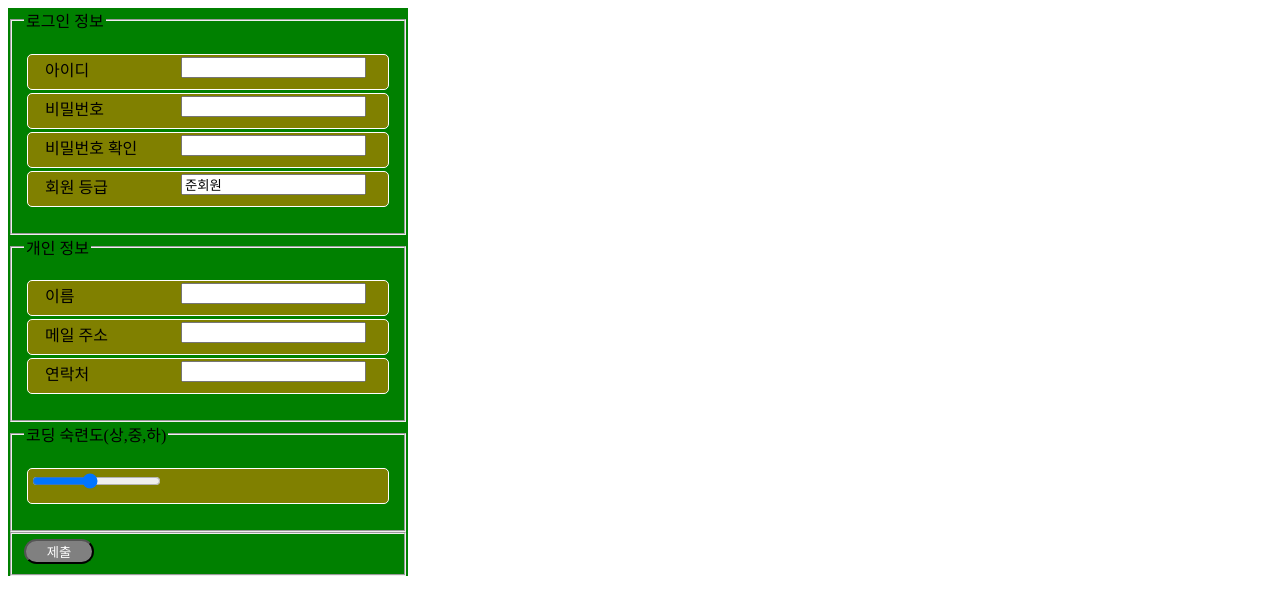
Repository: giwon8701/Qclass_KH
Page: Workspace_Java/testWebProject/test.html
The author's editor kept a copy of each file at every save. The page is drawn from the files as they stood at one save, then again after a run of saves.
The browser window is 1280 px wide. The pictures show the whole page.

Above is the page before, as saved 2021-01-11 02:38:40.

### Workspace_Java/testWebProject/test.html
<head>
</head><!doctype html>
<html lang="ko">
<head>
<meta charset="UTF-8">
<link href="test_css.css" rel="stylesheet" type="text/css">
</head>

<body>
<form class="navi">
	<fieldset>
		<legend>로그인 정보</legend>
		<ol>
			<li>
				<label>아이디</label>
				<input type="text" id="id">
			</li>

			<li>
				<label>비밀번호</label>
				<input type="text" id="pw">
			</li>

			<li>
				<label>비밀번호 확인</label>
				<input type="text" id="pw_confirm">
			</li>

			<li>
				<label>회원 등급</label>
				<input type="text" id="grade" value="준회원">
			</li>
		</ol>
	</fieldset>

	<fieldset>
		<legend>개인 정보</legend>
		<ol>
			<li>
				<label>이름</label>
				<input type="text" id="name">
			</li>

			<li>
				<label>메일 주소</label>
				<input type="text" id="email">
			</li>

			<li>
				<label>연락처</label>
				<input type="text" id="phone_number">
			</li>
		</ol>
	</fieldset>

	<fieldset>
		<legend>코딩 숙련도(상,중,하)</legend>
		<ol>
			<li>
				<input type="range" id="coding_level" min="1" max="10" step="2">
			</li>
		</ol>
	</fieldset>

	<fieldset>
		<input type="submit" class="btn_submit" value="제출">
	</fieldset>
</form>
</body>
</html>

### Workspace_Java/testWebProject/test_css.css
.navi {
	background: green;
	width: 400px;
}
.navi ol {
	padding: 0px;
}
.navi ol li {
	list-style-type: none;
	border-style: solid;
	border-width: thin;
	border-color: white;
	border-radius: 5px;
	height: 30px;
	margin: 3px;
	padding: 2px;
	background: olive;
}
.navi ol li label {
	width: 100px;
	padding: 15px;
	top:10%;
}
.navi ol li input {
	float: right;
	margin-right: 20px;
}
.btn_submit {
	width:70px;
	border-radius: 13px;
	background:gray;
	color: white;
}
#coding_level {
	float: left;
}

After the next 2 saves:
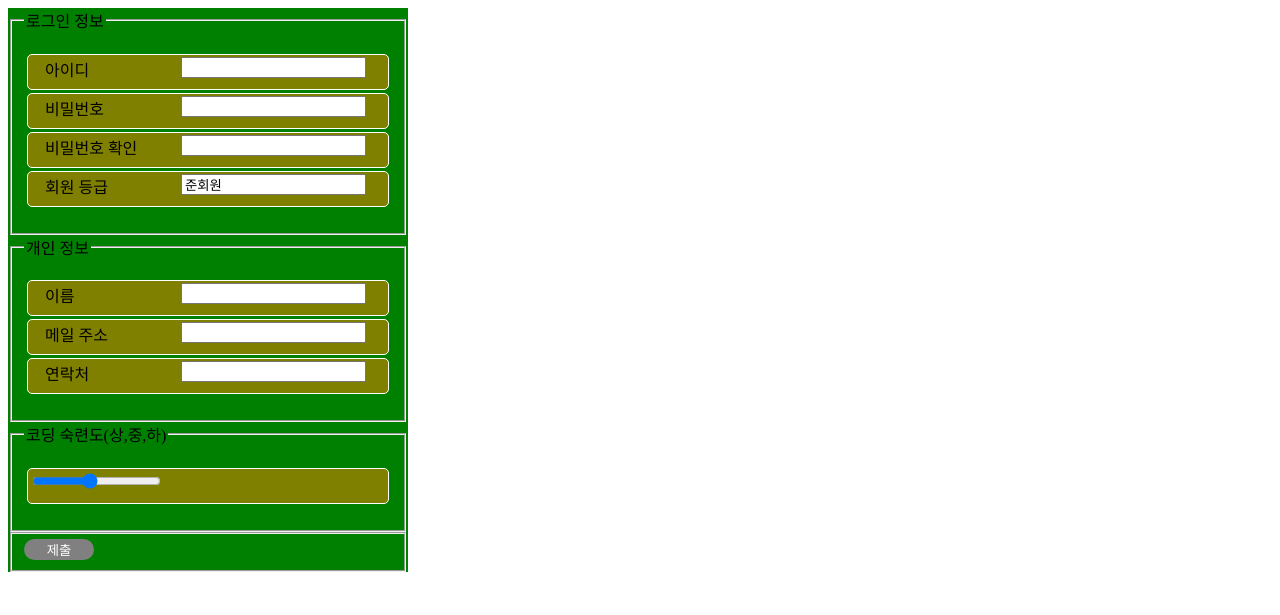
The 2 saves are shown as one change because they came seconds apart.
The last was saved 27 s later.
--- a/Workspace_Java/testWebProject/test_css.css
+++ b/Workspace_Java/testWebProject/test_css.css
@@ -28,8 +28,10 @@
 .btn_submit {
 	width:70px;
 	border-radius: 13px;
-	background:gray;
+	border-style: none;
+	background: gray;
 	color: white;
+
 }
 #coding_level {
 	float: left;
